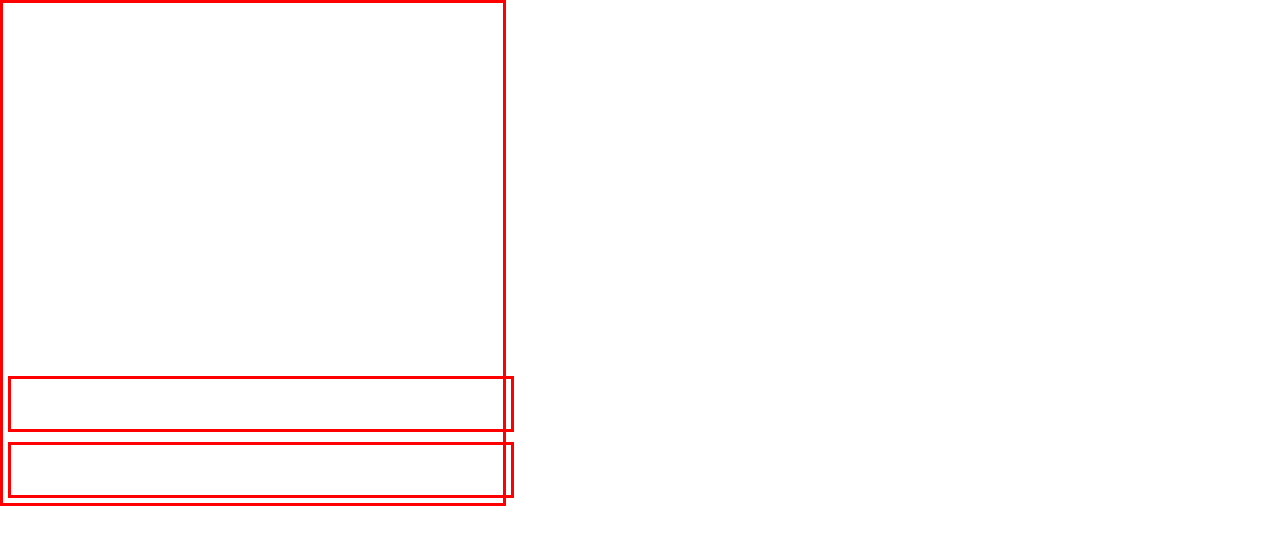
Repository: ArtemisWang/webpack
Page: src/demo20.html
These files come from the project's save history. The page is drawn as it stood at one moment and after the next save; the edit follows.
The browser window is 1280 px wide. The pictures show the whole page.

Above is the page before, as saved 2020-03-31 21:09:07.

### src/demo20.html
<!DOCTYPE html>
<html lang="en">
<head>
    <meta charset="UTF-8">
    <meta name="viewport" content="width=device-width, initial-scale=1.0">
    <title>Document</title>
    <style type="text/css" >
    .html,body{
        padding:0;
        margin:0;
        height:100%;
    }
    .father{
        display:flex;
        justify-content:center;
        align-items:center;
        height:350px;
        width: 300px;
        background-color:grey;
    }
    .child{
        background-color: lightgray;
        width:100px;
        padding:10px;
    }
    .container{
	display:flex;
    width:500px;
    height:500px;
    border: solid red 3px;
    flex-direction:column-reverse;
}

.item{
	width:500px;
    border: solid red 3px;
    margin:5px;
    flex:0 1 50px;
}
    </style>
</head>
<body>
	<div class="container">
        <div class="item">

        </div>
        <div class="item">

        </div>
    </div>
</body>
</html>

After the next save:
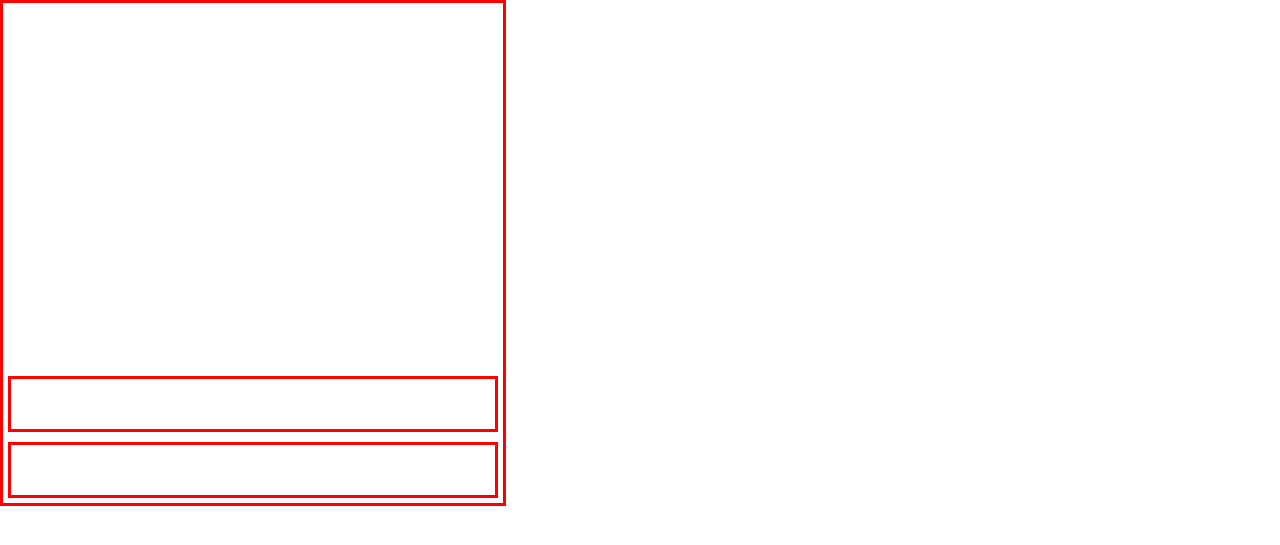
Saved 42 s later.
--- a/src/demo20.html
+++ b/src/demo20.html
@@ -32,7 +32,7 @@
 }
 
 .item{
-	width:500px;
+	max-width:500px;
     border: solid red 3px;
     margin:5px;
     flex:0 1 50px;
